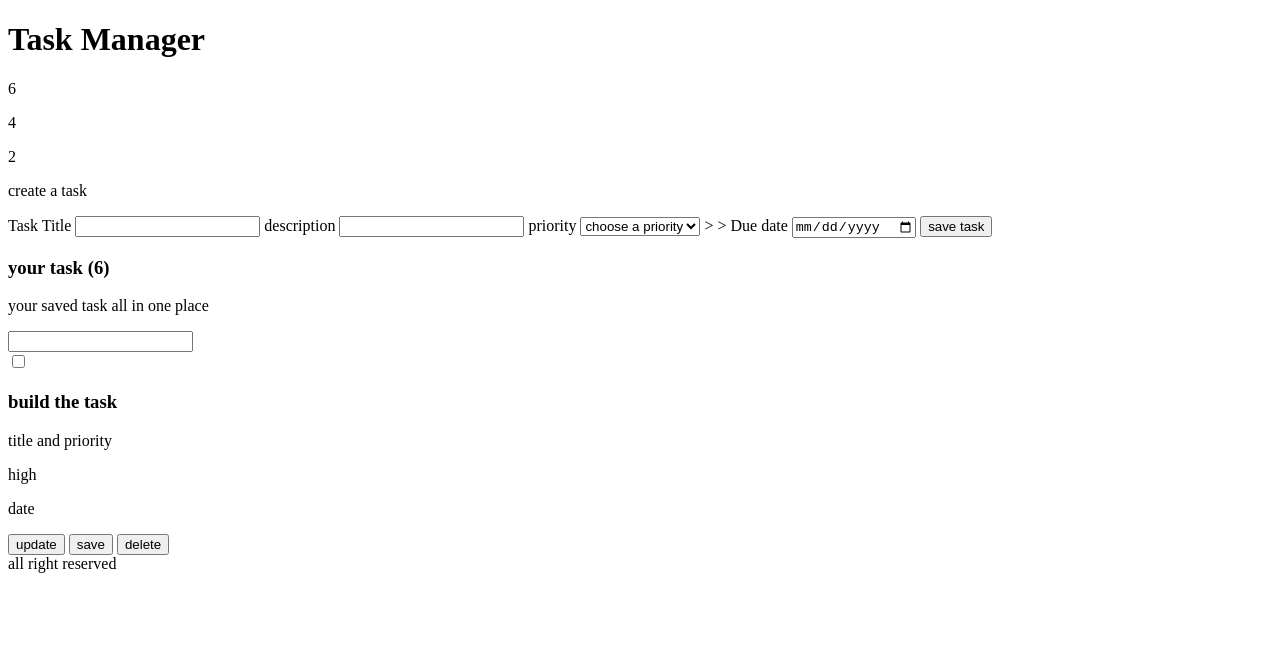
Repository: XDENTERTAINMENT/task-manager-groupwork
Page: index.html
These files come from the project's save history. The page is drawn as it stood at one moment and after the next save; the edit follows.
The browser window is 1280 px wide. The pictures show the whole page.

Above is the page before, as saved 2026-10-23 21:07:19.

After the next save:
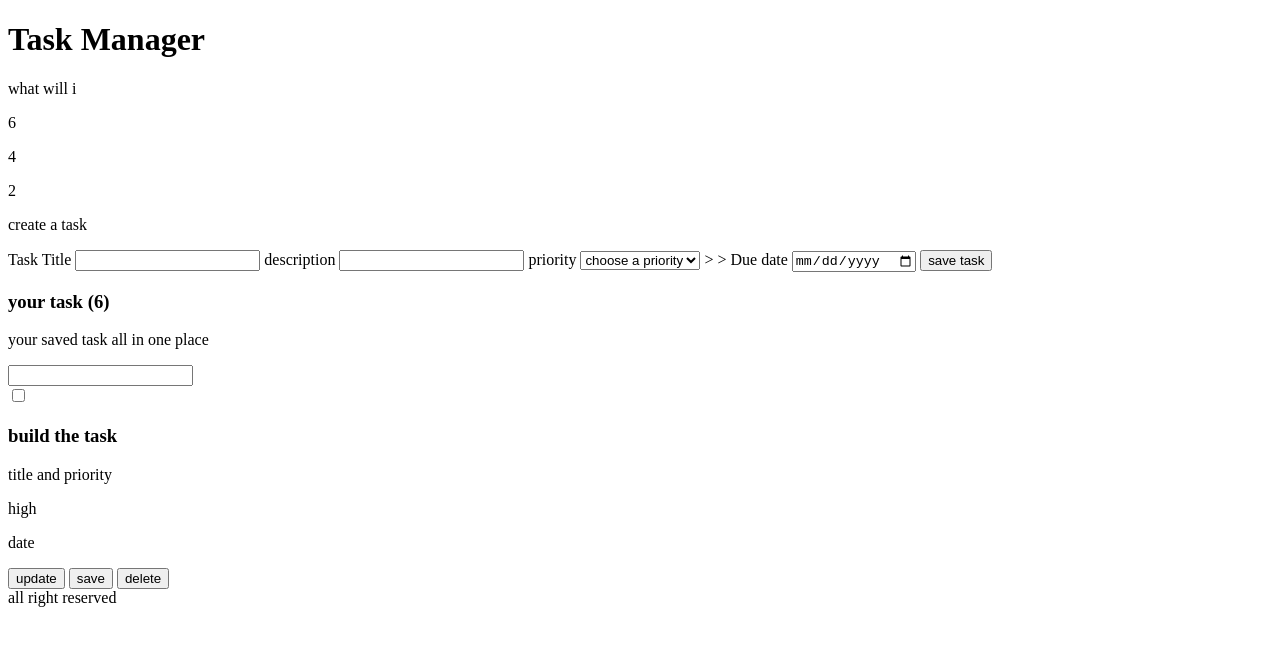
Saved 18 s later.
--- a/index.html
+++ b/index.html
@@ -8,7 +8,7 @@
 <body>
    <header>
     <h1>Task Manager</h1>
-    <p></p>
+    <p>what will i </p>
    </header>
     <!-- the main -->
    <main>
